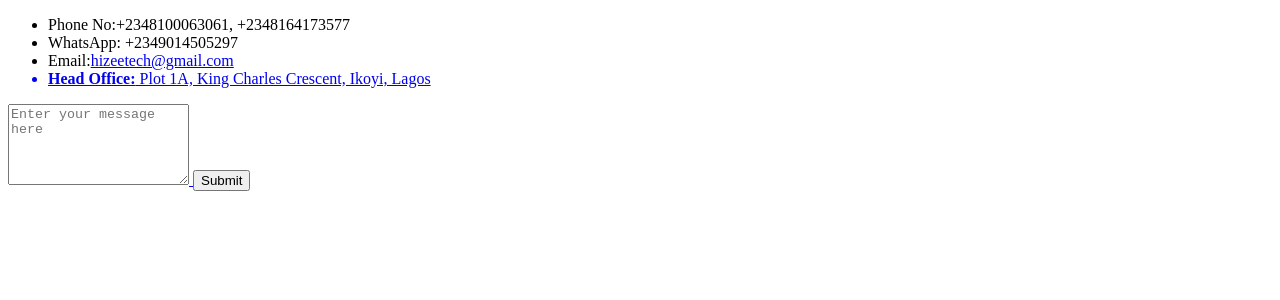
Repository: hizeetech/First-Assignment
Page: contact_us.html
The author's editor kept a copy of each file at every save. The page is drawn from the files as they stood at one save, then again after a run of saves.
The browser window is 1280 px wide. The pictures show the whole page.

Above is the page before, as saved 2024-11-09 01:22:21.

After the next 2 saves:
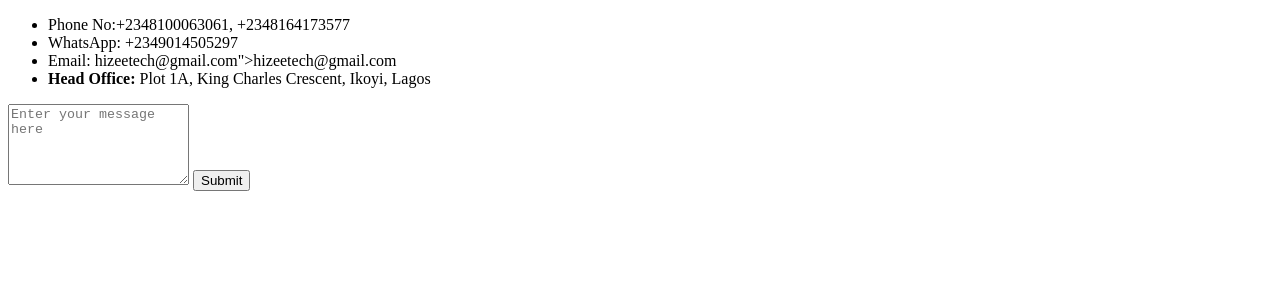
The 2 saves are shown as one change because they came seconds apart.
The last was saved 8 s later.
--- a/contact_us.html
+++ b/contact_us.html
@@ -11,7 +11,7 @@
             <ul>
                 <li>Phone No:+2348100063061, +2348164173577</li>
                 <li>WhatsApp: +2349014505297</li>
-                <li>Email:<a href="mailto:hizeetech@gmail.com">hizeetech@gmail.com</li>
+                <li>Email: hizeetech@gmail.com">hizeetech@gmail.com</li>
                 <li><strong>Head Office:</strong> Plot 1A, King Charles Crescent, Ikoyi, Lagos</li>
             </ul>
         </p>
